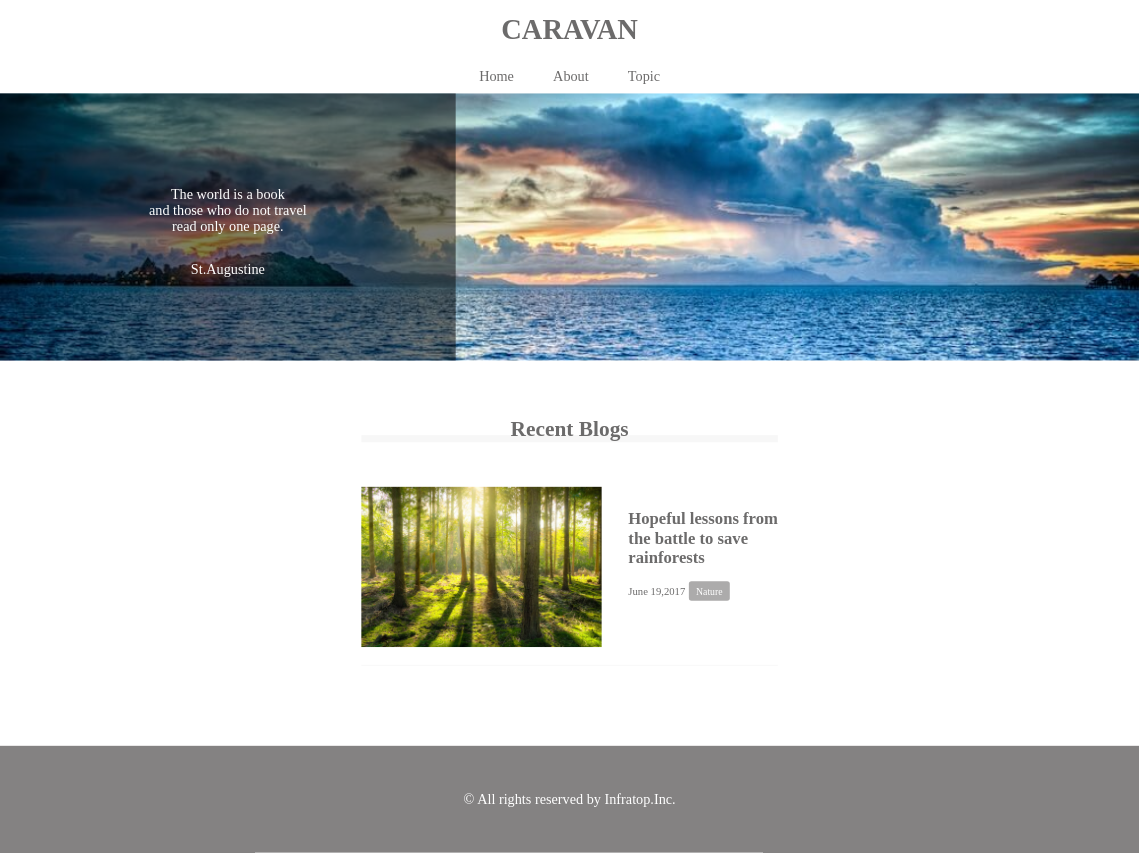
Repository: mitoma99/task4
Page: caravan/index.html
The author's editor kept a record of every edit. The page is drawn from the files as they stood at one moment, then again after the next edit.
The browser window is 1280 px wide. The pictures show the whole page, at 89% of full size.

Above is the page before.

After the next edit:
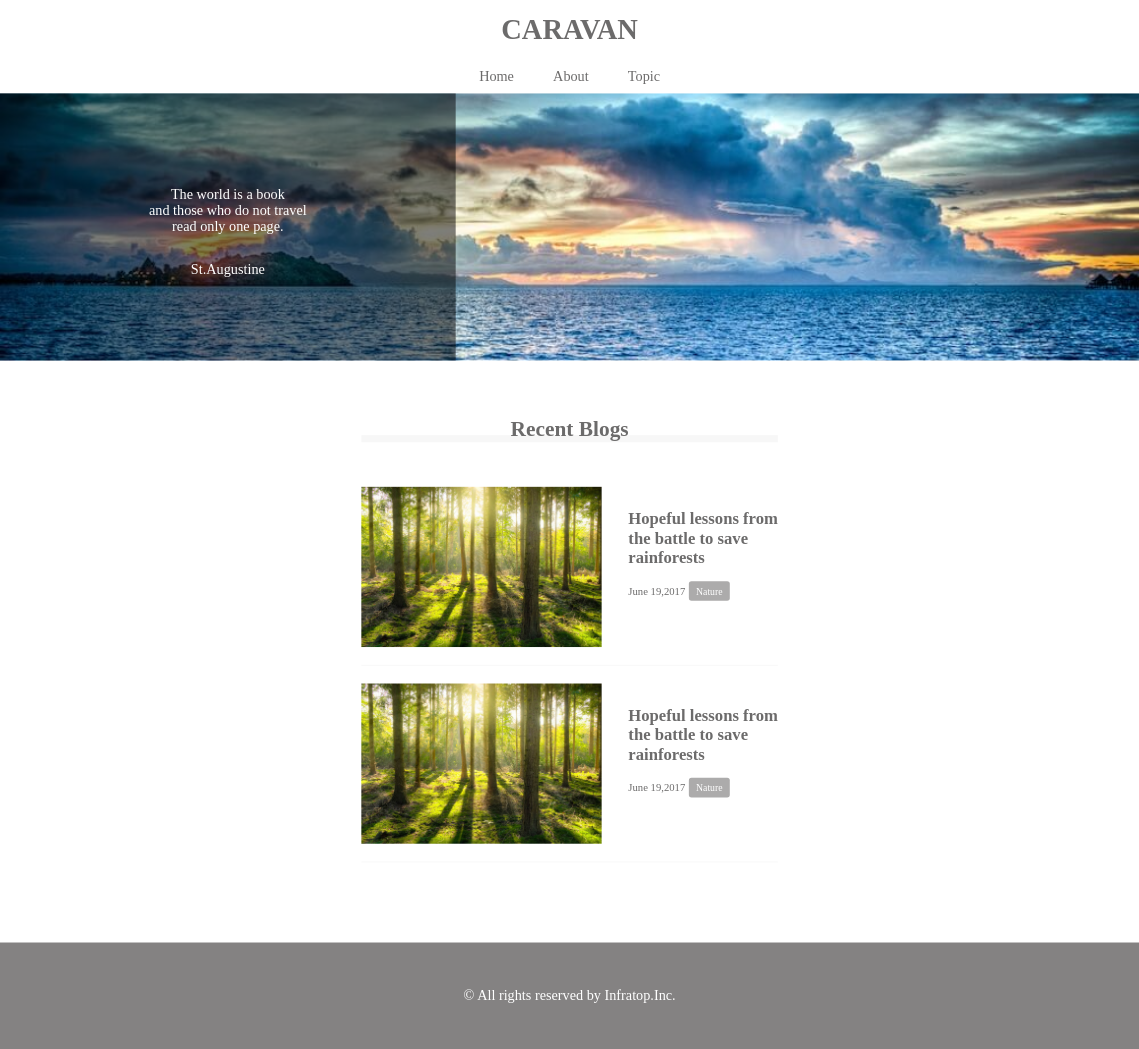
The edit:
--- a/caravan/index.html
+++ b/caravan/index.html
@@ -58,6 +58,21 @@
           <span class="category">Nature</span>
         </section>
         </div>
+       <div class="blog-item">
+        <img class="blog-image" src="img/forest.jpg"/>
+        <section class="blog-text">
+          <h3 class="blog-text-heading">
+            <a href="single.html">
+              Hopeful lessons from<br>
+              the battle to save<br>
+              rainforests
+            </a>
+          </h3>
+          <p class="blog-date">June 19,2017</p>
+          <span class="category">Nature</span>
+        </section>
+        </div>
+
       </div>
     </section>
     <div class="sidebar"></div>
